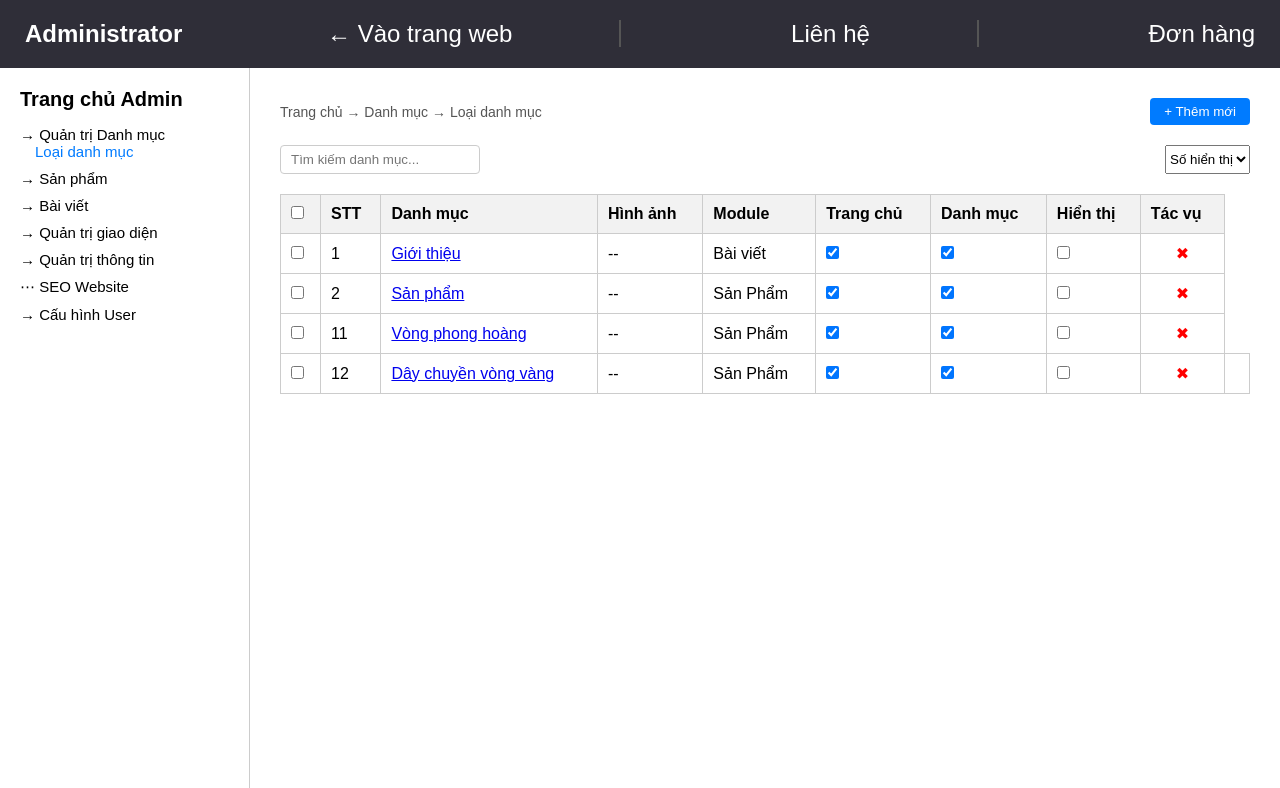
Repository: TranTanDat0606/Du-An-1
Page: Admin]/admin.html
The author's editor kept a copy of each file at every save. The page is drawn from the files as they stood at one save, then again after a run of saves.
The browser window is 1280 px wide. The pictures show the whole page.

Above is the page before, as saved 2025-07-30 15:14:14.

After the next 4 saves:
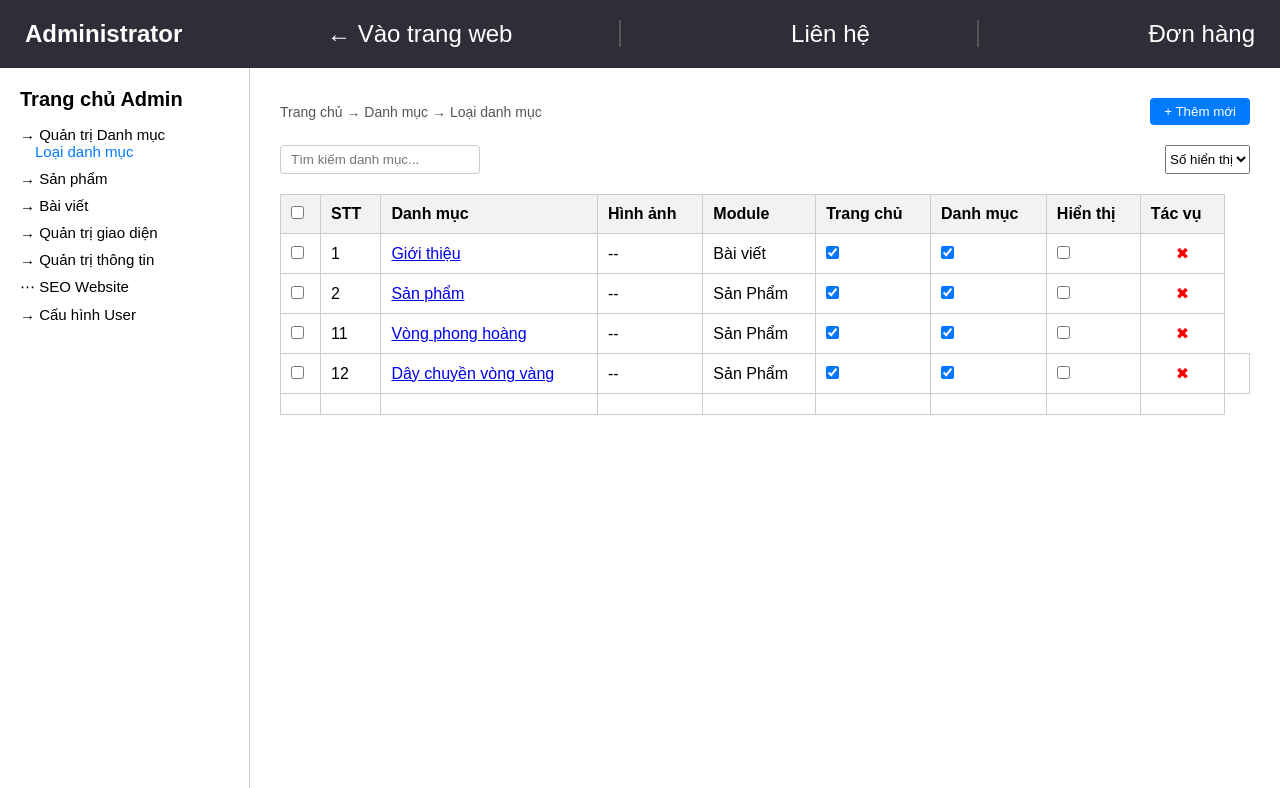
The 4 saves are shown as one change because they came seconds apart.
The last was saved 13 s later.
--- a/Admin]/admin.html
+++ b/Admin]/admin.html
@@ -103,7 +103,17 @@
         <td class="text-danger">✖</td>
         <td></td>
     </tr>
-
+    <tr>
+        <td></td>
+        <td></td>
+        <td></td>
+        <td></td>
+        <td></td>
+        <td></td>
+        <td></td>
+        <td></td>
+        <td></td>
+    </tr>
         </tbody>
     </table>
     </main>
